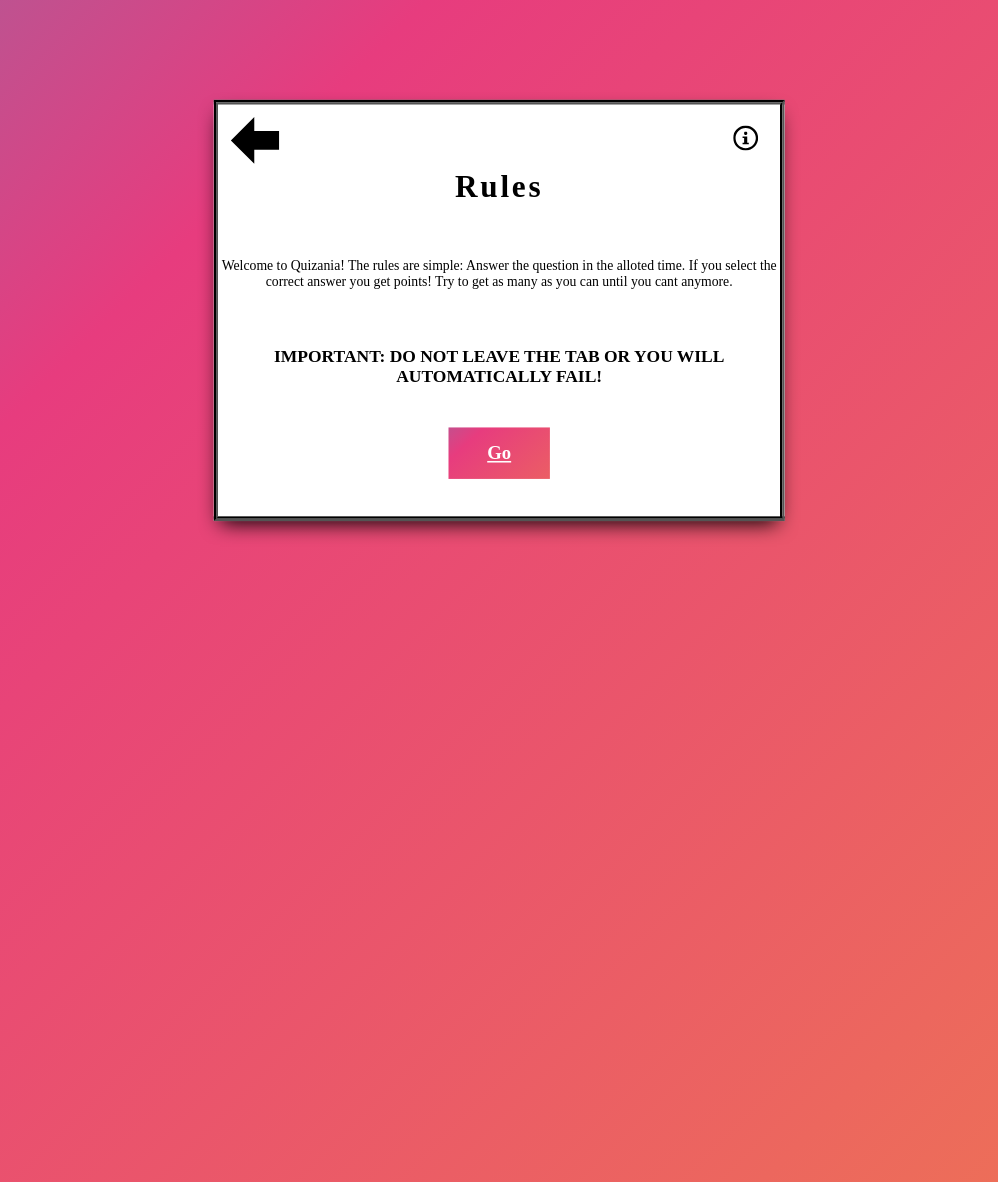
Repository: PatrickTheCodeGuy/QuizApp
Page: /newGame (app in quizapp/)
The author's editor kept a copy of each file at every save. The page is drawn from the files as they stood at one save, then again after the next save.
The browser window is 1280 px wide. The pictures show the whole page, at 78% of full size.
The project was rebuilt for these pictures with package versions that can differ from the ones it lists, and the page was loaded fresh each time. A package was used in the major version that the imports need, not the one package.json lists. Also part of the build but not shown: quizapp/src/App.css, quizapp/src/components/Leaderboard/Leaderboard.css, quizapp/src/components/Leaderboard/Leaderboard.js, quizapp/src/components/StartMenu/StartMenu.js, quizapp/src/App.js.

Above is the page before, as saved 2021-07-08 20:33:56.

After the next save:
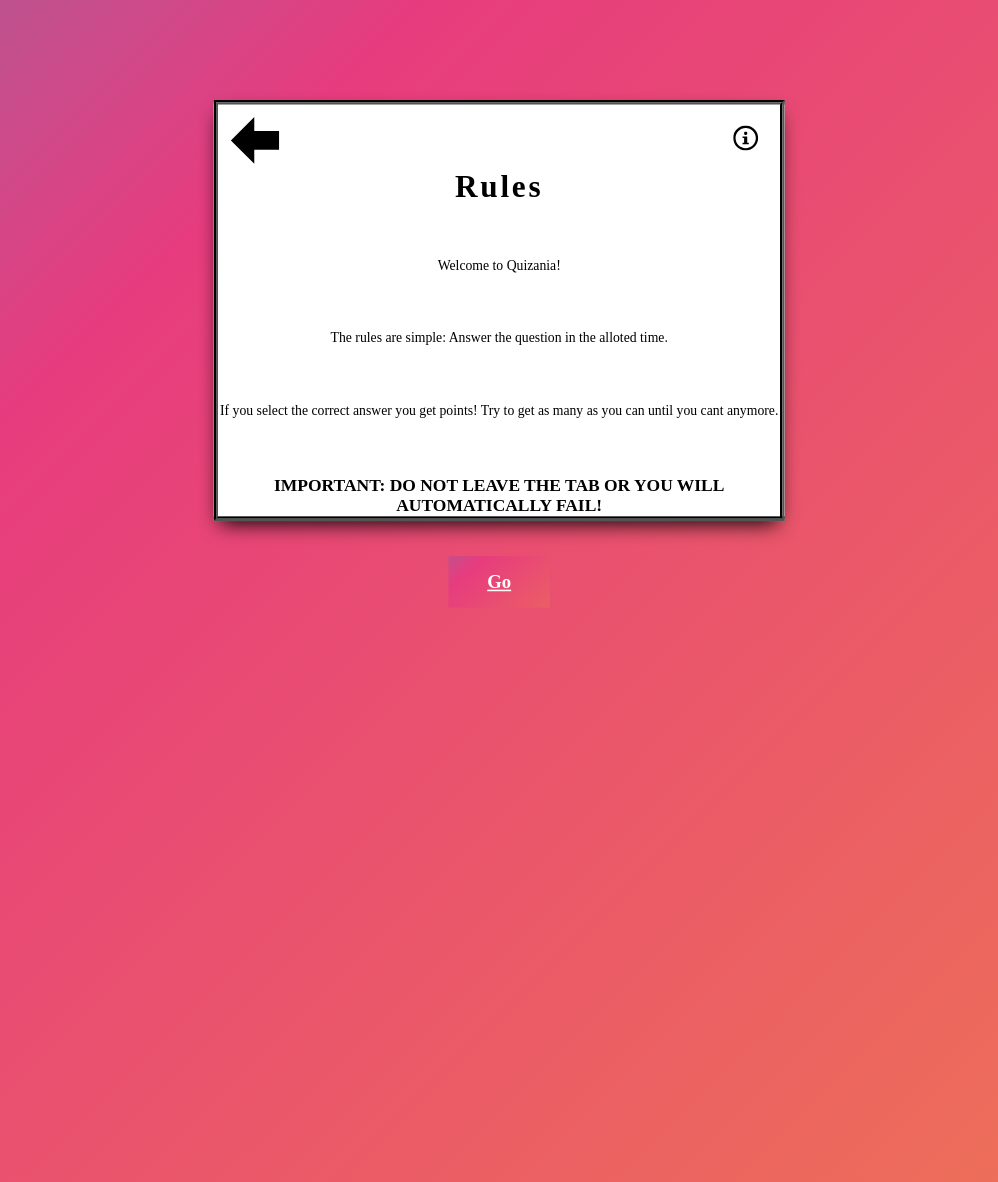
Saved 3 min 52 s later.
--- a/quizapp/src/components/GameInfo/GameInfo.js
+++ b/quizapp/src/components/GameInfo/GameInfo.js
@@ -30,8 +30,9 @@
 																<h5 class="rules-text">Rules</h5>
             </div>
 												<div>
-													<p class="regular-text info">Welcome to Quizania!
-													The rules are simple: Answer the question in the alloted time. If you select the correct answer you get points! Try to get as many as you can until you cant anymore.</p>
+														<p class="regular-text info">Welcome to Quizania!</p>
+														<p class="regular-text info">The rules are simple: Answer the question in the alloted time.</p>
+														<p class="regular-text info">If you select the correct answer you get points! Try to get as many as you can until you cant anymore.</p>
 													<p class="regular-text warning">IMPORTANT: DO NOT LEAVE THE TAB OR YOU WILL AUTOMATICALLY FAIL!</p>
 													<Link to='/newGame' class="button-start">Go</Link>
 												</div>
